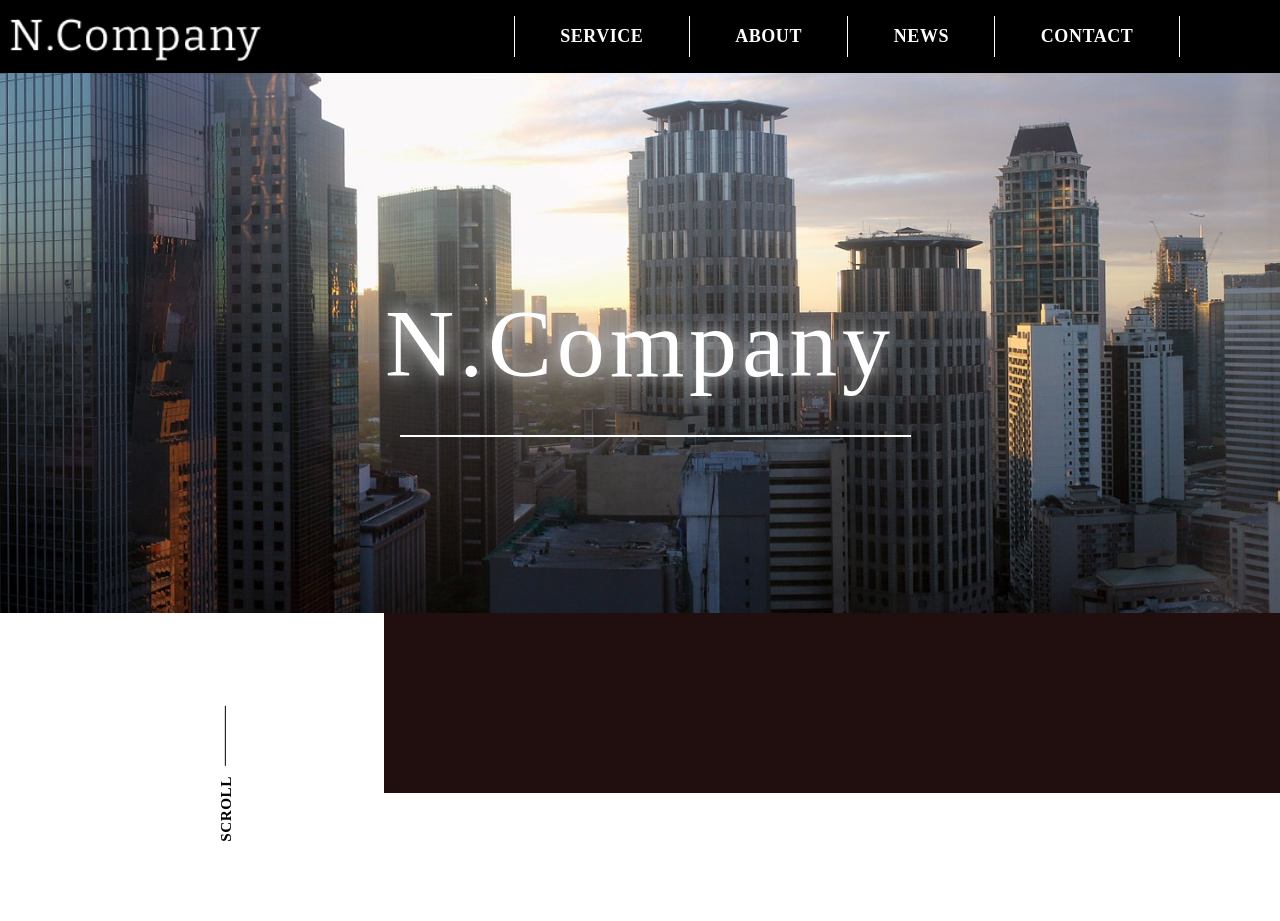
Repository: nozomi-23/hp2_test
Page: index.html
An editor plug-in stored every save of this project. The page is shown before and after a run of saves, followed by the edit.
The browser window is 1280 px wide. The pictures show the whole page.
Some web fonts or font styles are not loaded; a fallback is used.

Above is the page before, as saved 2022-06-24 20:21:41.

### index.html
<!DOCTYPE html>
<html lang="ja">
<head>
  <meta charset="UTF-8">
  <title>コンサル事業 N.Company</title>
  <meta name="description" content="専門知識豊富なコンサルタントチームがあらゆる経営課題を解決に導きます。">
  <meta name="keywords" content="コンサル,経営改善,サポート">
  <meta name="viewport" content="width=device-width, initial-scale=1.0">
  <meta property="og:title" content="コンサル事業 N.Company">
  <meta property="og:type" content="article">
  <meta property="og:url" content="https://withcode-plus.tech">
  <meta property="og:image" content="img/logo.png">
  <meta property="og:description" content="専門知識豊富なコンサルタントチームがあらゆる経営課題を解決に導きます。">
  <meta property="og:site_name" content="コンサル事業">
  <link rel="icon" href="favicon.ico">
  <link rel="apple-touch-icon" sizes="180x180" href="img/logo.png">
  <link rel="preconnect" href="https://fonts.googleapis.com">
  <link rel="preconnect" href="https://fonts.gstatic.com" crossorigin>
  <link rel="preconnect" href="https://fonts.googleapis.com">
  <link rel="preconnect" href="https://fonts.gstatic.com" crossorigin>
  <link rel="preconnect" href="https://fonts.googleapis.com">
  <link rel="preconnect" href="https://fonts.gstatic.com" crossorigin>
  <link href="https://fonts.googleapis.com/css2?family=Bitter:wght@300;400&display=swap" rel="stylesheet">
  <link href="https://fonts.googleapis.com/css2?family=Noto+Serif+JP:wght@400;500;700&display=swap" rel="stylesheet">
  <link rel="stylesheet" type="text/css" href="css/reset.css">
  <link rel="stylesheet" type="text/css" href="css/common1.css">
  <link rel="stylesheet" type="text/css" href="css/index.css">
</head>
<body>
  <!-- ======== header ===== -->
  <header>
    <div class="header_inner">
      <h1 class="header_logo">
        <a href="#"><img src="img/logo.png" alt="ロゴ画像"></a>
      </h1>
      <nav class="header_nav">
        <ul>
          <li>
            <a href="html/service.html">SERVICE</a>
          </li>
          <li>
            <a href="html/about.html">ABOUT</a>
          </li>
          <li>
            <a href="html/news.html">NEWS</a>
          </li>
          <li>
            <a href="html/contact.html">CONTACT</a>
          </li>
        </ul>
      </nav>
    </div>
    <div class="drawer"></div>
  </header>

  <main>
    <!-- ======== fv ===== -->

    <section class="first_view_wrapper">
      <div class="first_view">
        <div class="bg_img_wrapper">
          <h2 class="top_ttl">N.Company</h2>
          <img src="img/fv_img.png" alt="ファーストビュー画像">
        </div>
      </div>
      <div class="fv_txt_wrapper">
        <span class="top_arrow_txt">SCROLL</span>
      </div>
    </section>

    <!-- ======== service ===== -->

    <section class="service section">
      <div class="inner">

      </div>
    </section>
  </main>
</body>
</html>

### css/reset.css
@charset "UTF-8";

html,
body,
div,
span,
object,
iframe,
h1,
h2,
h3,
h4,
h5,
h6,
p,
blockquote,
pre,
abbr,
address,
cite,
code,
del,
dfn,
em,
img,
ins,
kbd,
q,
samp,
small,
strong,
sub,
sup,
var,
b,
i,
dl,
dt,
dd,
ol,
ul,
li,
fieldset,
form,
label,
legend,
table,
caption,
tbody,
tfoot,
thead,
tr,
th,
td,
article,
aside,
canvas,
details,
figcaption,
figure,
footer,
header,
hgroup,
menu,
nav,
section,
summary,
time,
mark,
audio,
video {
  margin: 0;
  padding: 0;
  border: 0;
  outline: 0;
  font-size: 100%;
  vertical-align: baseline;
  background: transparent;
}

body {
  line-height: 1;
}

article,
aside,
details,
figcaption,
figure,
footer,
header,
hgroup,
menu,
nav,
section {
  display: block;
}

nav ul {
  list-style: none;
}

blockquote,
q {
  quotes: none;
}

blockquote:before,
blockquote:after,
q:before,
q:after {
  content: '';
  content: none;
}

a {
  margin: 0;
  padding: 0;
  font-size: 100%;
  vertical-align: baseline;
  background: transparent;
}

/* change colours to suit your needs */
ins {
  background-color: #ff9;
  color: #000;
  text-decoration: none;
}

/* change colours to suit your needs */
mark {
  background-color: #ff9;
  color: #000;
  font-style: italic;
  font-weight: bold;
}

del {
  text-decoration: line-through;
}

abbr[title],
dfn[title] {
  border-bottom: 1px dotted;
  cursor: help;
}

table {
  border-collapse: collapse;
  border-spacing: 0;
}

/* change border colour to suit your needs */
hr {
  display: block;
  height: 1px;
  border: 0;
  border-top: 1px solid #cccccc;
  margin: 1em 0;
  padding: 0;
}

input,
select {
  vertical-align: middle;
}

### css/common1.css
@charset "UTF-8";

body {
  font-size: 18px;
  color: #000;
  letter-spacing: 0.03em;
  font-family: 'Noto Serif JP', serif;
}
li {
  list-style: none;
}
a {
  text-decoration: none;
  cursor: pointer;
}
/* =====================
共通レイアウト
========================*/

.section {
  margin: 10% 0;
  position: relative;
}

.inner {
  width: 80%;
  margin: 0 auto;
  background-color: aqua;
}

/* =====================
共通パーツ
========================*/
/* =====================
header
========================*/
header {
  background: #000;
}

.header_inner {
  display: flex;
  justify-content: space-between;
  align-items: center;
  padding: 0.7%;
}

.header_logo {
  width: 20%;
}
.header_logo img {
  width: 100%;
  height: 100%;
}

.header_nav {
  width: 60%;
  height: auto;
}

.header_nav ul {
  display: flex;
  align-items: center;
}

.header_nav ul li {
  padding: 1.5% 6%;
  border-left: solid 1px #fff;
}

.header_nav ul li:last-child {
  border-right: solid 1px #fff;
}

.header_nav ul li a {
  display: block;
  color: #fff;
  font-weight: bold;
}

.header_nav ul li a:hover {
  color: #AB9999;
}

header .drawer {
  visibility: hidden;
}

### css/index.css
@charset "UTF-8";

/* =====================
fv
========================*/

.first_view {
  position: relative;
  height: 100vh;
}

.first_view::before {
  content: "";
  width: 70%;
  height: 100%;
  background: #210E0E;
  display: block;
  position: absolute;
  top:0;
  right: 0;
}

.bg_img_wrapper {
  position: absolute;
  width: 100%;
}

.bg_img_wrapper img {
  width: 100%;
  height: 75vh;
}

.top_ttl {
  position: absolute;
  top: 50%;
  left: 50%;
  transform: translate(-50%, -50%);
  font-family: 'Bitter', serif;
  font-weight: 300;
  font-size: 6rem;
  color: #fff;
  text-shadow: 0px 0px 20px #FFFFFF;
  letter-spacing: 0.05em;
}
.top_ttl::after {
  content: "";
  bottom: -45px;
  left: 15px;
  display: block;
  width: 5.3em;
  border: solid 1px #fff;
  position: absolute;
  bottom: -45px;
  left: 15px;
}

.fv_txt_wrapper {
  position: absolute;
  top: 50rem;
  left: 15%;
  transform: rotate(270deg);
  z-index: 99;
}

.top_arrow_txt {
  font-weight: bold;
  font-size: 0.95rem;
}

.top_arrow_txt::after {
  content: "";
  width: 60px;
  border-bottom: solid 1px ;
  display: inline-block;
  position: absolute;
  top: 50%;
  left: 115%;
}
/* =====================
service
========================*/

After the next 3 saves:
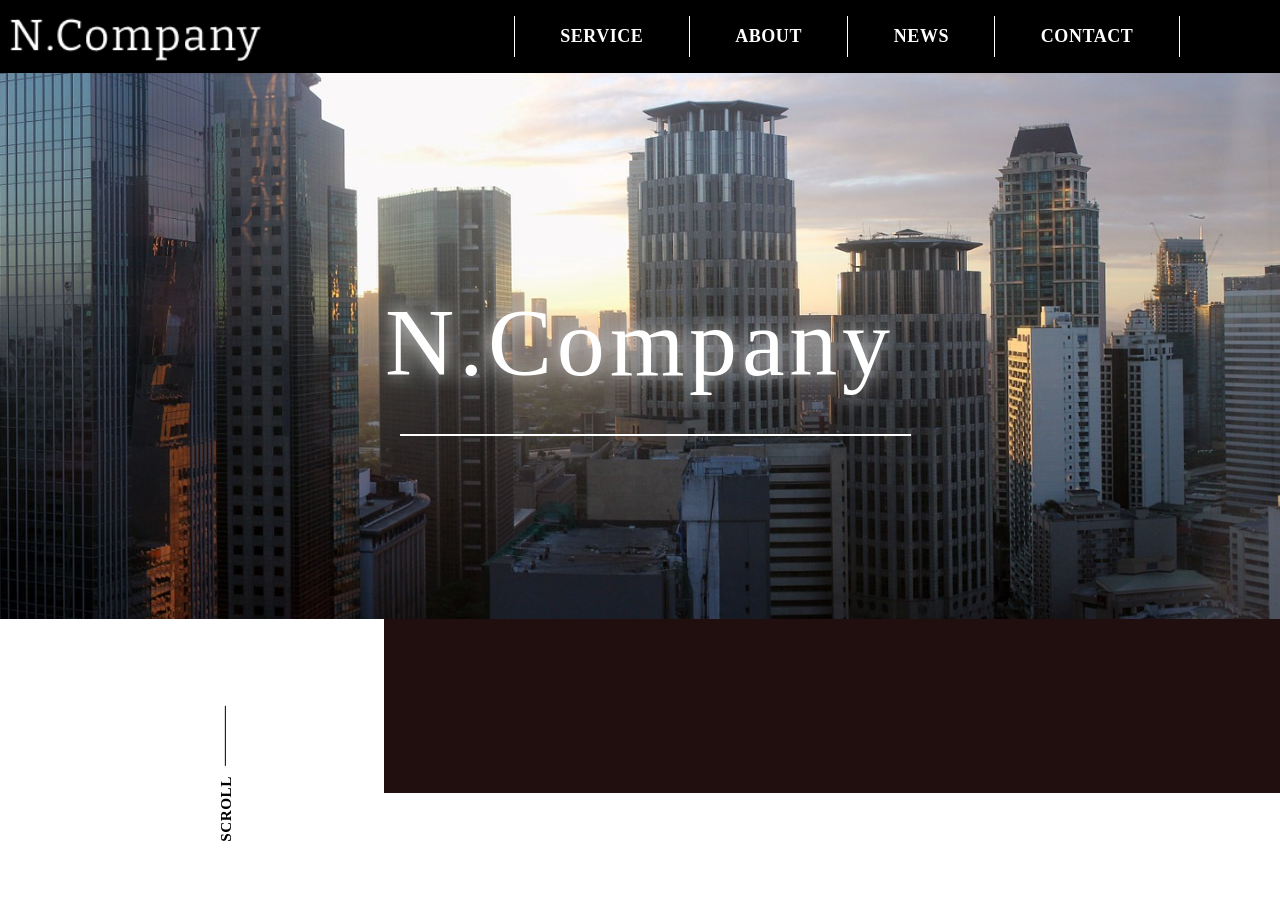
The 3 saves are shown as one change because they came seconds apart.
The last was saved 4 min 57 s later.
--- a/css/index.css
+++ b/css/index.css
@@ -23,11 +23,11 @@
 .bg_img_wrapper {
   position: absolute;
   width: 100%;
+    height: 75vh;
 }
 
 .bg_img_wrapper img {
   width: 100%;
-  height: 75vh;
 }
 
 .top_ttl {

After the 3 saves that followed:
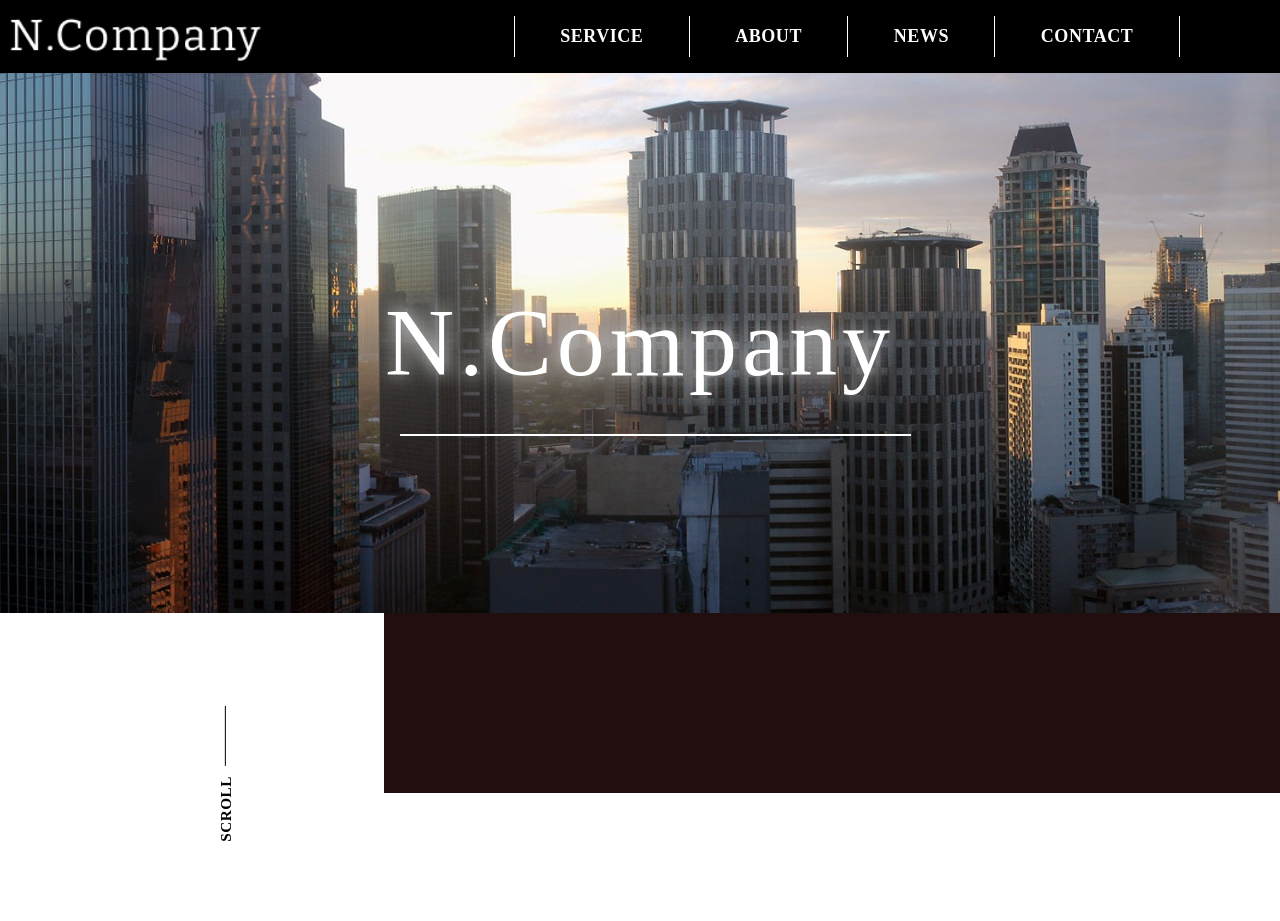
The 3 saves are shown as one change because they came seconds apart.
The last was saved 10 s later.
--- a/css/index.css
+++ b/css/index.css
@@ -28,6 +28,7 @@
 
 .bg_img_wrapper img {
   width: 100%;
+  height: 100%;
 }
 
 .top_ttl {
